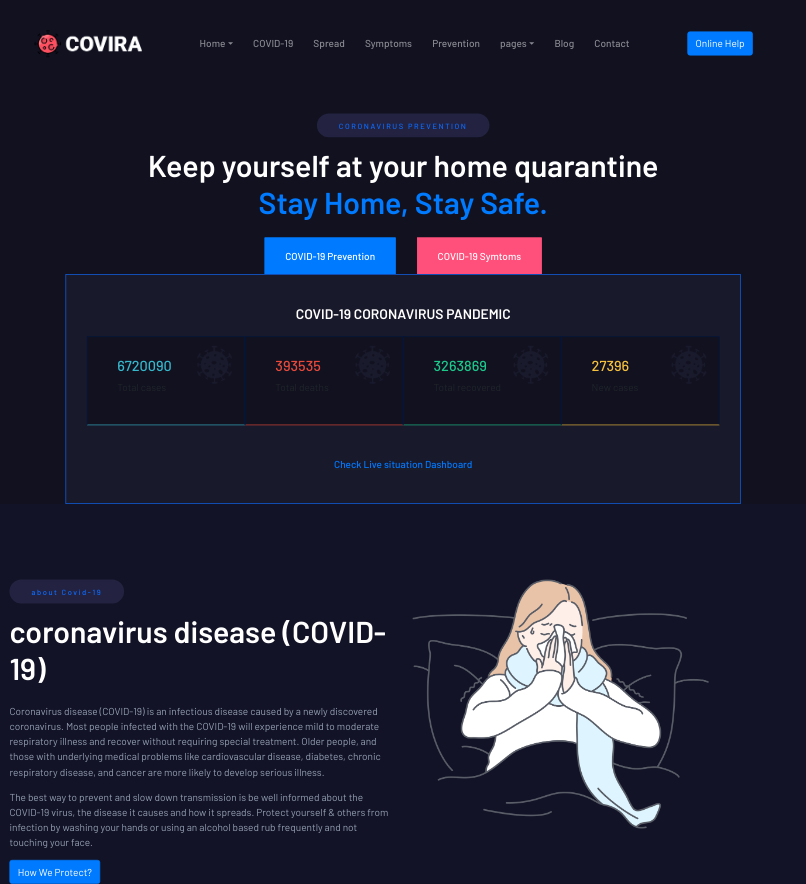
Repository: sitikhusushan/corona_updates
Page: index.html
An editor plug-in stored every save of this project. The page is shown before and after the next save, followed by the edit.
The browser window is 1280 px wide. The pictures show the whole page, at 63% of full size.

Above is the page before, as saved 2020-06-06 23:34:54.

### index.html
<!DOCTYPE html>
<html lang="en">
  <head>
    <meta charset="UTF-8" />
    <meta name="viewport" content="width=device-width, initial-scale=1.0" />
    <link rel="stylesheet" href="css/bootstrap.css" />
    <link rel="stylesheet" type="text/css" href="style.css" />
    <title>Covid-19</title>
  </head>
  <body>
    <!--this is header -->
    <header>
      <!-- navbar starts from here -->
      <nav class="navbar navbar-expand-lg navbar-dark fix">
        <div class="container">
          <!-- this is the logo section  -->
          <a class="logo" href="">
            <img src="image/logo/logo-white.png" alt="coronavirus_logo"
          /></a>
          <!-- this is modified code no need to see -->
          <!-- <div class="row">
          <div class="col-md-2 col-sm-2">
            <img src="image/logo-white.png" alt="coronavirus_logo" />
          </div>
          <div class="col-md-1 col-sm">
            <div class="dropdown">
              <button
                type="button"
                class="btn btn-danger dropdown-toggle"
                data-toggle="dropdown"
              >
                Home
              </button>
              <div class="dropdown-menu">
                <a class="dropdown-item" href="#">akjf</a>
                <a class="dropdown-item" href="#">alkdf</a>
                <a class="dropdown-item" href="#">akfjl</a>
                <a class="dropdown-item" href="#">ahdfjk</a>
                <a class="dropdown-item" href="#">ajlkdf</a>
                <a class="dropdown-item" href="#">kjahdf</a>
              </div>
            </div>
          </div>
          <div class="col-md-1 col-sm">
            COVID-19
          </div>
          <div class="col-md-1 col-sm">
            Spread
          </div>
          <div class="col-md-1 col-sm">
            Symptoms
          </div>
          <div class="col-md-1 col-sm">
            Prevention
          </div>
          <div class="col-md-1 col-sm">
            <div class="dropdown">
              <button
                type="button"
                class="btn btn-danger dropdown-toggle"
                data-toggle="dropdown"
              >
                Pages
              </button>
              <div class="dropdown-menu">
                <a class="dropdown-item" href="#"></a>
                <a class="dropdown-item" href="#"></a>
                <a class="dropdown-item" href="#"></a>
                <a class="dropdown-item" href="#"></a>
              </div>
            </div>
          </div>
          <div class="col-md-1 col-sm">Blog</div>
          <div class="col-md-1 col-sm">Contact</div>
          <div class="col-md-2 col-sm-2">
            <button class="btn btn-primary" type="button">Online Help</button>
          </div>
        </div> -->
          <!-- the content of navbar starts from here  -->
          <div class="collapse navbar-collapse">
            <ul class="navbar-nav mx-auto">
              <!-- dropdown of home is here -->
              <li class="nav-item dropdown">
                <a
                  class="nav-link dropdown-toggle"
                  href="#"
                  data-toggle="dropdown"
                  aria-expanded="false"
                  >Home</a
                >
                <div class="dropdown-menu">
                  <a class="dropdown-item" href="#">Home one</a>
                  <a class="dropdown-item" href="#">Home one dark</a>
                  <a class="dropdown-item" href="#">Home two</a>
                  <a class="dropdown-item" href="#">Home two dark</a>
                  <a class="dropdown-item" href="#">Home three</a>
                  <a class="dropdown-item" href="#">Home three dark</a>
                </div>
              </li>
              <li class="nav-item">
                <a class="nav-link" href="#">COVID-19</a>
              </li>
              <li class="nav-item">
                <a class="nav-link" href="#">Spread</a>
              </li>
              <li class="nav-item">
                <a class="nav-link" href="#">Symptoms</a>
              </li>
              <li class="nav-item">
                <a class="nav-link" href="#">Prevention</a>
              </li>
              <!-- dropdown of pages is here -->
              <li class="nav-item dropdown">
                <a
                  class="nav-link dropdown-toggle"
                  href="#"
                  data-toggle="dropdown"
                  aria-expanded="false"
                  >pages</a
                >
                <div class="dropdown-menu">
                  <a class="dropdown-item" href="#">Blog</a>
                  <a class="dropdown-item" href="#">Article</a>
                  <a class="dropdown-item" href="#">Contact</a>
                  <a class="dropdown-item" href="#">Outbrek news</a>
                </div>
              </li>
              <li class="nav-item">
                <a class="nav-link" href="#">Blog</a>
              </li>
              <li class="nav-item">
                <a class="nav-link" href="#">Contact</a>
              </li>
            </ul>
          </div>
          <!-- online help section  -->
          <a class="onlinehelp" href="">
            <i class="fas fa-headset"></i>
            <button class="btn btn-primary" type="button">Online Help</button>
          </a>
        </div>
      </nav>
    </header>
    <!-- here starts the banner content  -->
    <div class="banner">
      <div class="container">
        <div class="prevention">
          <!-- here are paragraph & headline -->
          <p class="pre">CORONAVIRUS PREVENTION</p>
          <h1>
            Keep yourself at your home quarantine <br />
            <span class="text-primary"> Stay Home, Stay Safe.</span>
          </h1>
          <!-- this is the button parts -->
          <div class="button">
            <!-- this is modified code no need to see  -->
            <!-- <div class="col-md-6">
              <button class="btn btn-primary" type="button">
                COVID-19 Prevention
              </button>
            </div>
            <div class="col-md">
              <button class="btn btn-danger" type="button">
                COVID-19 Symtoms
              </button> -->
            <a href="" class="btn btn-lg btn-primary">COVID-19 Prevention</a>
            <a href="" class="btn btn-lg btn-pink">COVID-19 Symtoms</a>
          </div>
        </div>
      </div>
    </div>
    <!-- live feedback or dashboard is here  -->
    <div class="dashboard">
      <div class="container">
        <h3>COVID-19 CORONAVIRUS PANDEMIC</h3>
        <div class="row">
          <div class="col-md-6 col-lg-3 status status-info">
            <div class="status-color">
              <h2 class="data-header" id="totalcases">6720090</h2>
              <p>Total cases</p>
            </div>
            <img src="image/dashboard/1.png" alt="coronavirus image" />
          </div>
          <div class="col-md-6 col-lg-3 status status-danger">
            <div class="status-color">
              <h2 class="data-header" id="totaldeaths">393535</h2>
              <p>Total deaths</p>
            </div>
            <img src="image/dashboard/1.png" alt="coronavirus image" />
          </div>
          <div class="col-md-6 col-lg-3 status status-success">
            <div class="status-color">
              <h2 class="data-header" id="totalrecovered">3263869</h2>
              <p>Total recovered</p>
            </div>
            <img src="image/dashboard/1.png" alt="coronavirus image" />
          </div>
          <div class="col-md-6 col-lg-3 status status-warning">
            <div class="status-color">
              <h2 class="data-header" id="newcases">27396</h2>
              <p>New cases</p>
            </div>
            <img src="image/dashboard/1.png" alt="coronavirus image" />
          </div>
        </div>
        <p class="situation"><a href="#">Check Live situation Dashboard</a></p>
      </div>
    </div>
    <div class="about">
      <div class="flex-container">
        <div class="col-md-6 sick">
          <h3>about Covid-19</h3>
          <h1>coronavirus disease (COVID-19)</h1>
          <p>
            Coronavirus disease (COVID-19) is an infectious disease caused by a
            newly discovered coronavirus. Most people infected with the COVID-19
            will experience mild to moderate respiratory illness and recover
            without requiring special treatment. Older people, and those with
            underlying medical problems like cardiovascular disease, diabetes,
            chronic respiratory disease, and cancer are more likely to develop
            serious illness.
          </p>

          <p>
            The best way to prevent and slow down transmission is be well
            informed about the COVID-19 virus, the disease it causes and how it
            spreads. Protect yourself & others from infection by washing your
            hands or using an alcohol based rub frequently and not touching your
            face.
          </p>
          <button class="btn btn-primary" type="button">How We Protect?</button>
        </div>
        <div class="col-md-6">
          <img
            class="women"
            src="image/about/1.png"
            alt="image of sick women"
          />
        </div>
      </div>
    </div>
  </body>
</html>
<script src="https://code.jquery.com/jquery-3.5.1.js"></script>
<script src="js/bootstrap.js"></script>

### style.css
body {
  background-color: #111120;
  font-family: "Barlow";
}

.container {
  max-width: 1200px;
}

/* navbar css */
/* this css is to put the navbar at same place  */
.fix {
  position: fixed;
  top: 0;
  right: 0;
  left: 0;
  background-color: #111120;
  padding: 40px 0px;
  z-index: 20;
}

/* to change the content of navbar when hover   */
.navbar .navbar-nav .nav-item a.nav-link:hover {
  color: hotpink;
}

/* this hover is for nav-item  */
.navbar .navbar-nav .nav-item .dropdown-menu a.dropdown-item:hover {
  background-color: hotpink;
}

.dropdown-menu {
  display: none;
  position: absolute;
  background-color: #111120;
  /* z-index: 1; */
}

.dropdown-menu .dropdown-item {
  color: #939fb2;
  font-weight: 600;
}
/* this hover is for dropdown-menu */
.navbar .navbar-nav .nav-item:hover .dropdown-menu {
  display: block;
}

.navbar .nav-item a.nav-link {
  font-weight: 500;
  padding: 8px 16px;
}

nav .container .logo img {
  max-width: 170px;
}

/* banner css starts from here  */

.banner {
  height: 100%;
  text-align: center;
  padding-top: 180px;
}

h1 {
  color: white;
  font-weight: 600;
  font-size: 48px;
  margin-bottom: 28px;
}

/* css for covid-19 prevention & symptoms */
.btn-pink {
  color: white;
  background-color: #ff4f7b;
  border-color: #ff4f7b;
}

.btn-lg {
  padding: 1rem 2rem;
  font-size: 1rem;
  font-weight: 500;
  border-radius: 0px;
}

.btn-primary {
  color: white;
  margin-right: 30px;
}

/* css for paragraph of banner  */
.pre {
  font-size: 0.75rem;
  font-weight: 500;
  line-height: 1;
  letter-spacing: 2.5px;
  display: inline-block;
  border-radius: 800px;
  border: #232341 solid;
  background-color: #232341;
  color: #0d6bff;
  padding: 10px 32px;
  margin-bottom: 16px;
}

/* css for dashboard starts from here  */
h2 {
  font-size: 23px;
}

h3 {
  font-size: 22px;
}

.dashboard h3 {
  font-weight: 600;
  margin-bottom: 23px;
  text-align: center;
  color: white;
}

.dashboard .container {
  position: relative;
  width: 1072px;
  background-color: #19192c;
  padding: 48px;
  border: 1px solid #0d6bff;
}

.dashboard .row > div {
  position: relative;
  display: block;
  width: 245px;
  background-color: #111120;
  border: 1px solid #001940;
  z-index: 1;
}

/* here css for image  */
.dashboard .status img {
  position: absolute;
  top: 10%;
  left: 70%;
  right: 0%;
  width: 55px;
  max-width: 100%;
  height: auto;
  filter: invert(7%) sepia(7%) saturate(6094%) hue-rotate(203deg)
    brightness(92%) contrast(91%);
}

/* hover for image of dashboard is here */
/* .dahsboard .status img:hover {
  filter: invert(99%) sepia(9%) saturate(793%) hue-rotate(173deg)
    brightness(98%) contrast(99%);
} */

.dashboard .status-color {
  padding: 32px;
}

/* css for bottom border color is here */
.dashboard .status.status-info {
  border-bottom-color: #36b9cc;
}

.dashboard .status.status-danger {
  border-bottom-color: #e74a3b;
}

.dashboard .status.status-success {
  border-bottom-color: #1cc88a;
}

.dashboard .status.status-warning {
  border-bottom-color: #f6c23e;
}

#totalcases {
  color: #36b9cc;
}

#totaldeaths {
  color: #e74a3b;
}

#totalrecovered {
  color: #1cc88a;
}

#newcases {
  color: #f6c23e;
}

/* .dashboard .container .situation {
  position: absolute;
  top: 90%;
  left: 40%;
  right: 0%;
} */

.dashboard .situation {
  text-align: center;
  margin: 0px;
  margin-top: 48px;
  text-decoration: underline;
  font-weight: 500;
  padding: 2px;
}

.dashboard p.situation a:hover {
  text-decoration: none;
  color: hotpink;
}

/* about css starts from here  */

.about {
  background-color: #131327;
  padding-top: 120px;
}

.about h3 {
  font-size: 0.75rem;
  font-weight: 500;
  line-height: 1;
  letter-spacing: 2.5px;
  display: inline-block;
  border-radius: 800px;
  border: #232341 solid;
  background-color: #232341;
  color: #0d6bff;
  padding: 10px 32px;
  margin-bottom: 16px;
}
.about p {
  color: #939fb2;
}

.flex-container {
  display: flex;
  flex-wrap: wrap;
  flex-flow: row wrap;
}

.about .flex-container img.women {
  width: 470px;
  height: auto;
}

@font-face {
  font-family: "Barlow";
  src: url("font/Barlow-Black.woff2") format("woff2"),
    url("font/Barlow-Black.woff") format("woff"),
    url("font/Barlow-Black.svg#Barlow-Black") format("svg");
  font-weight: 900;
  font-style: normal;
}

@font-face {
  font-family: "Barlow";
  src: url("font/Barlow-Light.woff2") format("woff2"),
    url("font/Barlow-Light.woff") format("woff"),
    url("font/Barlow-Light.svg#Barlow-Light") format("svg");
  font-weight: 300;
  font-style: normal;
}

@font-face {
  font-family: "Barlow";
  src: url("font/Barlow-Medium.woff2") format("woff2"),
    url("font/Barlow-Medium.woff") format("woff"),
    url("font/Barlow-Medium.svg#Barlow-Medium") format("svg");
  font-weight: 500;
  font-style: normal;
}

@font-face {
  font-family: "Barlow";
  src: url("font/Barlow-ExtraBold.woff2") format("woff2"),
    url("font/Barlow-ExtraBold.woff") format("woff"),
    url("font/Barlow-ExtraBold.svg#Barlow-ExtraBold") format("svg");
  font-weight: 800;
  font-style: normal;
}

@font-face {
  font-family: "Barlow";
  src: url("font/Barlow-SemiBold.woff2") format("woff2"),
    url("font/Barlow-SemiBold.woff") format("woff"),
    url("font/Barlow-SemiBold.svg#Barlow-SemiBold") format("svg");
  font-weight: 600;
  font-style: normal;
}

@font-face {
  font-family: "Barlow";
  src: url("font/Barlow-Regular.woff2") format("woff2"),
    url("font/Barlow-Regular.woff") format("woff"),
    url("font/Barlow-Regular.svg#Barlow-Regular") format("svg");
  font-weight: normal;
  font-style: normal;
}

@font-face {
  font-family: "Barlow";
  src: url("font/Barlow-Thin.woff2") format("woff2"),
    url("font/Barlow-Thin.woff") format("woff"),
    url("font/Barlow-Thin.svg#Barlow-Thin") format("svg");
  font-weight: 100;
  font-style: normal;
}

@font-face {
  font-family: "Barlow";
  src: url("font/Barlow-Bold.woff2") format("woff2"),
    url("font/Barlow-Bold.woff") format("woff"),
    url("font/Barlow-Bold.svg#Barlow-Bold") format("svg");
  font-weight: bold;
  font-style: normal;
}

@font-face {
  font-family: "Barlow";
  src: url("font/Barlow-ExtraLight.woff2") format("woff2"),
    url("font/Barlow-ExtraLight.woff") format("woff"),
    url("font/Barlow-ExtraLight.svg#Barlow-ExtraLight") format("svg");
  font-weight: 200;
  font-style: normal;
}

Loaded but not shown: css/bootstrap.css (library); js/bootstrap.js (library)

After the next save:
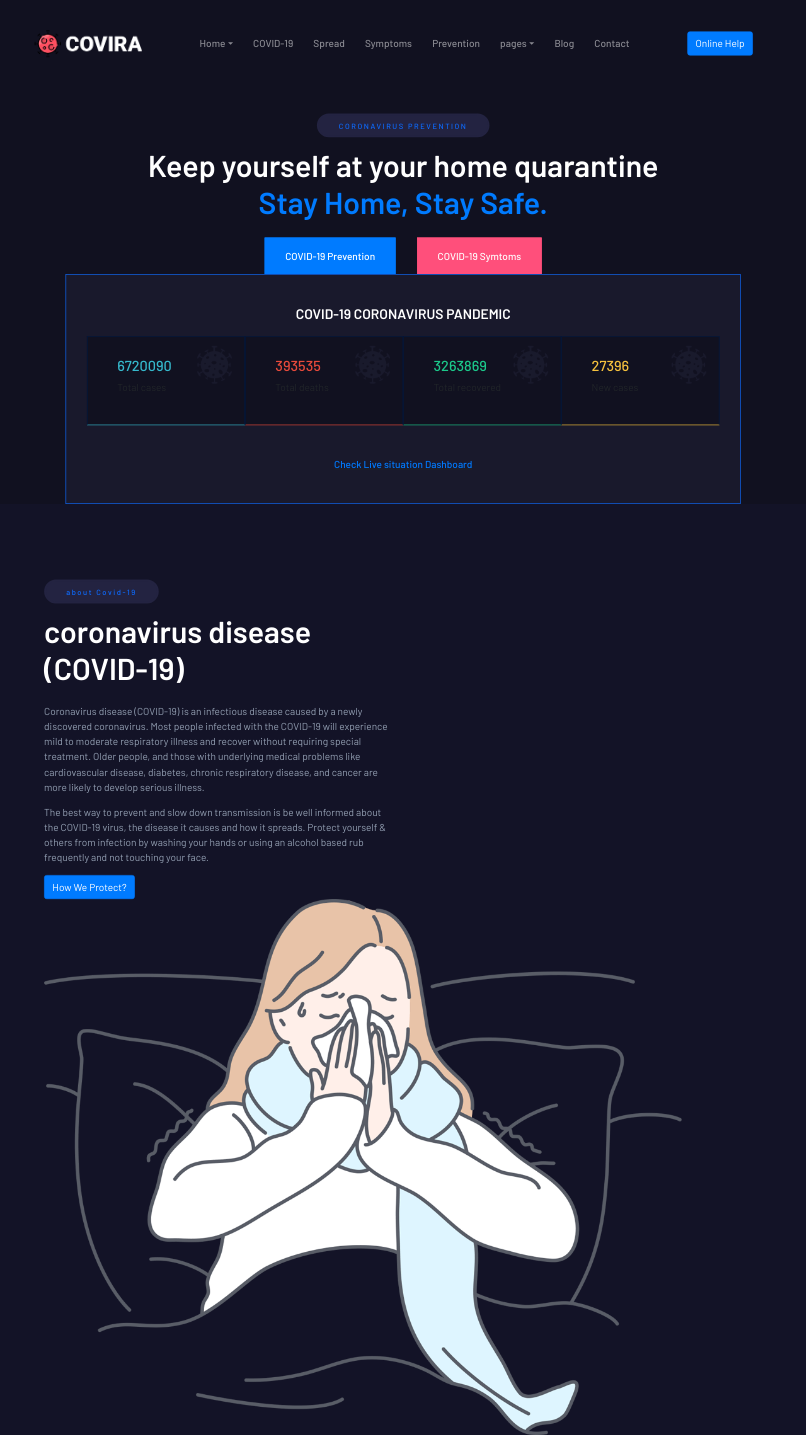
Saved 31 s later.
--- a/index.html
+++ b/index.html
@@ -207,7 +207,7 @@
       </div>
     </div>
     <div class="about">
-      <div class="flex-container">
+      <div class="container">
         <div class="col-md-6 sick">
           <h3>about Covid-19</h3>
           <h1>coronavirus disease (COVID-19)</h1>
